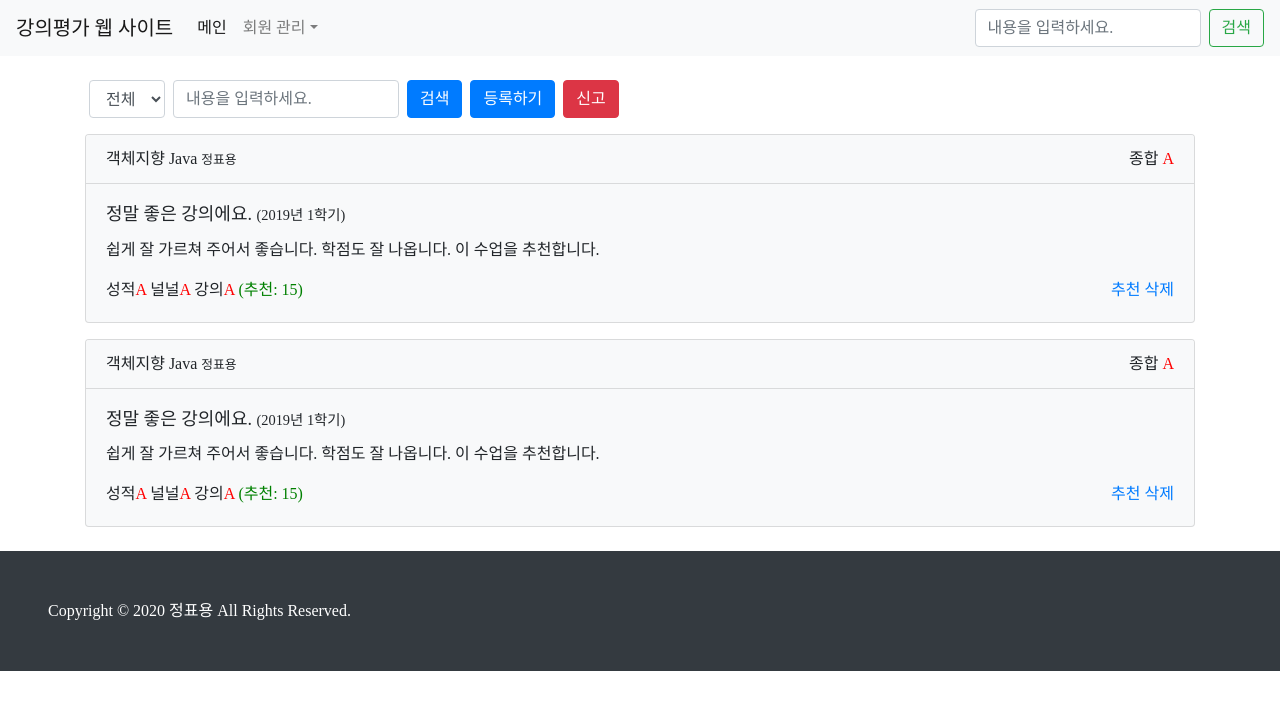
Repository: sur2/JSP-Lecture-Evaluation
Page: http://localhost/Lecture_Evaluation/userJoin.jsp
These files come from the project's save history. The page is drawn as it stood at one moment and after the next save; the edit follows.
The browser window is 1280 px wide. The pictures show the whole page.
Some web fonts or font styles are not loaded; a fallback is used. The page is served by Tomcat 9.

Above is the page before, as saved 2020-01-03 09:57:58.
Console error (its wording comes from the project's code and is left out).

After the next save:
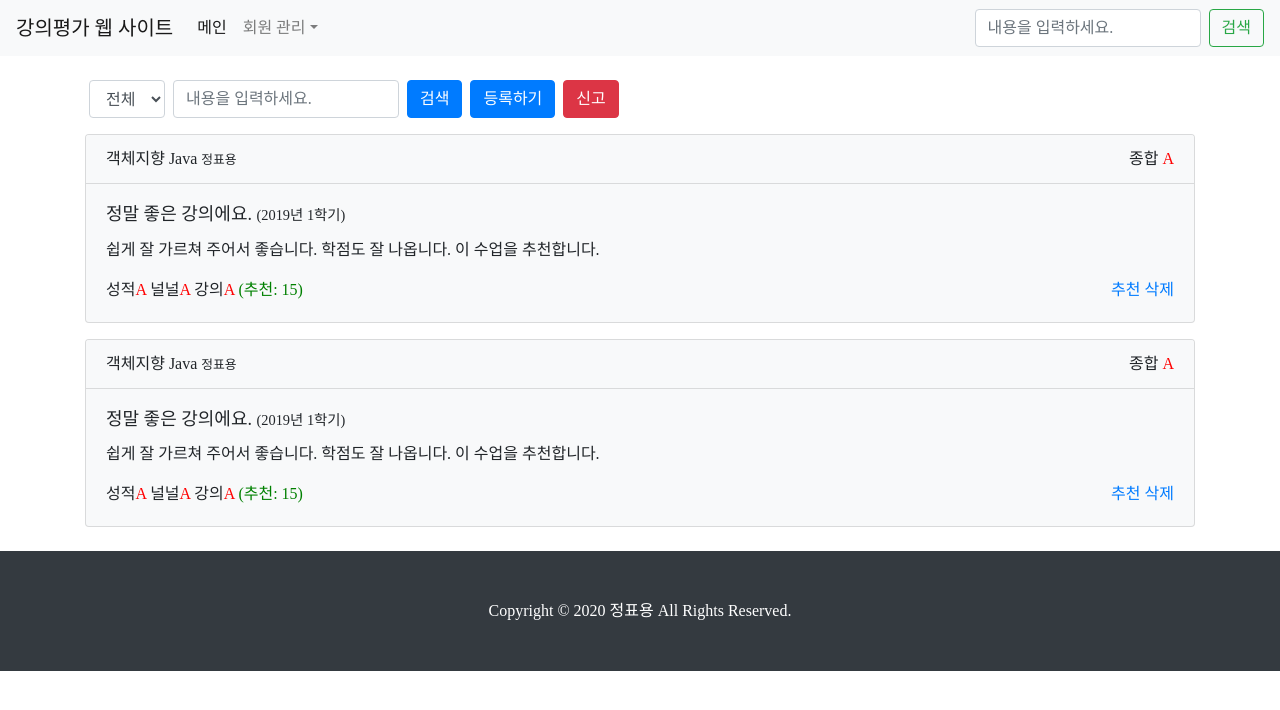
Saved 2 min 51 s later.
--- a/Lecture Evaluation/WebContent/userJoin.jsp
+++ b/Lecture Evaluation/WebContent/userJoin.jsp
@@ -258,7 +258,7 @@
 		</div>
 	</div>
 
-	<footer class="bg-dark mt-4 p-5 text=center" style="color: #FFFFFF;">
+	<footer class="bg-dark mt-4 p-5 text-center" style="color: #FFFFFF;">
 		Copyright &copy; 2020 정표용 All Rights Reserved.
 	</footer>
 
